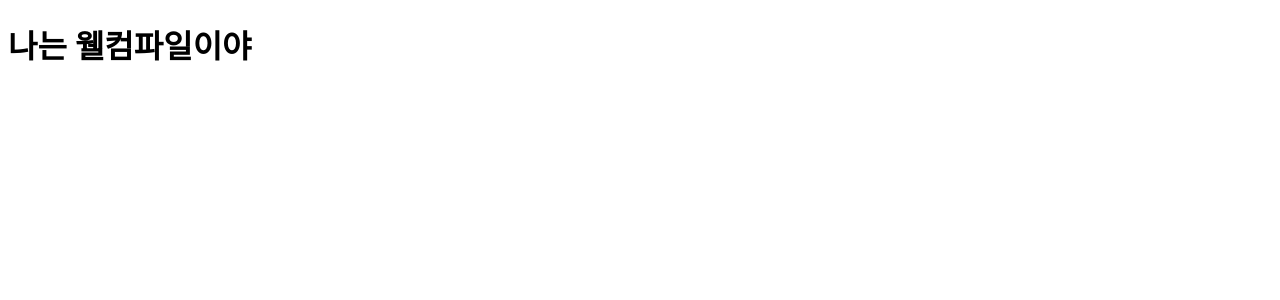
Repository: dongja86/spring
Page: http://localhost/springProject/
The author's editor kept a copy of each file at every save. The page is drawn from the files as they stood at one save, then again after the next save.
The browser window is 1280 px wide. The pictures show the whole page.
The page is served by Tomcat 9.

Above is the page before, as saved 2024-04-16 00:37:46.

After the next save:
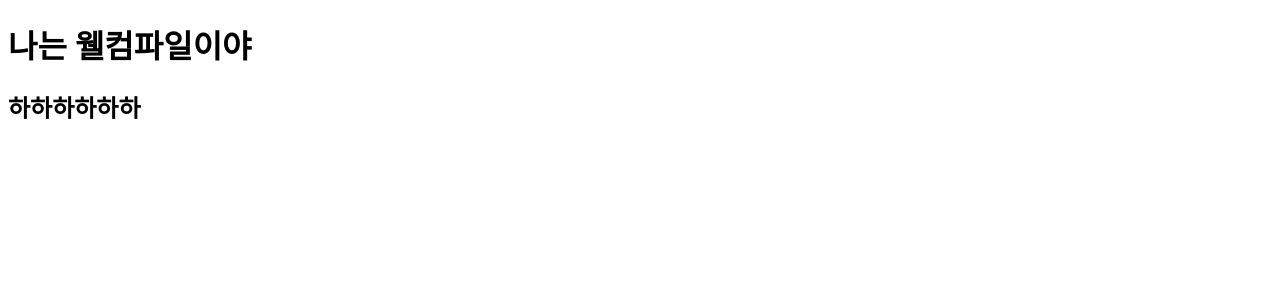
Saved 5 min 48 s later.
--- a/springProject/src/main/webapp/index.jsp
+++ b/springProject/src/main/webapp/index.jsp
@@ -9,5 +9,7 @@
 <body>
 
 		<h1> 나는 웰컴파일이야 </h1>
+
+		<h2> 하하하하하하 </h2>
 </body>
 </html>
